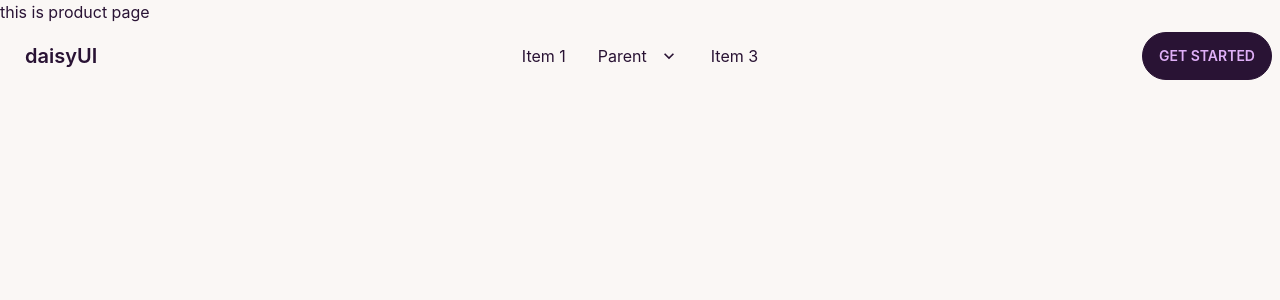
Repository: Tanvir3744/admin-portal
Page: /
The author's editor kept a copy of each file at every save. The page is drawn from the files as they stood at one save, then again after the next save.
The browser window is 1280 px wide. The pictures show the whole page.
The project was rebuilt for these pictures with package versions that can differ from the ones it lists, and the page was loaded fresh each time.

Above is the page before, as saved 2022-07-21 21:15:34.

After the next save:
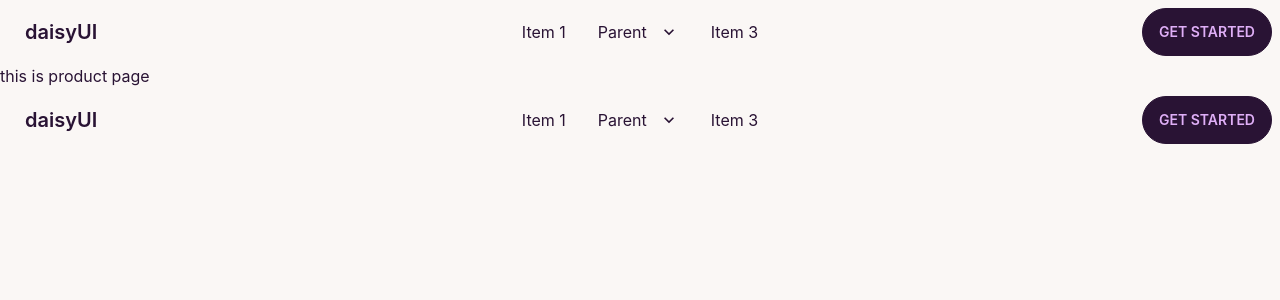
Saved 28 s later.
--- a/src/App.js
+++ b/src/App.js
@@ -4,6 +4,7 @@
 function App() {
   return (
     <div className="App">
+      <Header></Header>
       <Routes>
         <Route path='/' element={<Products/>}></Route>
       </Routes>
